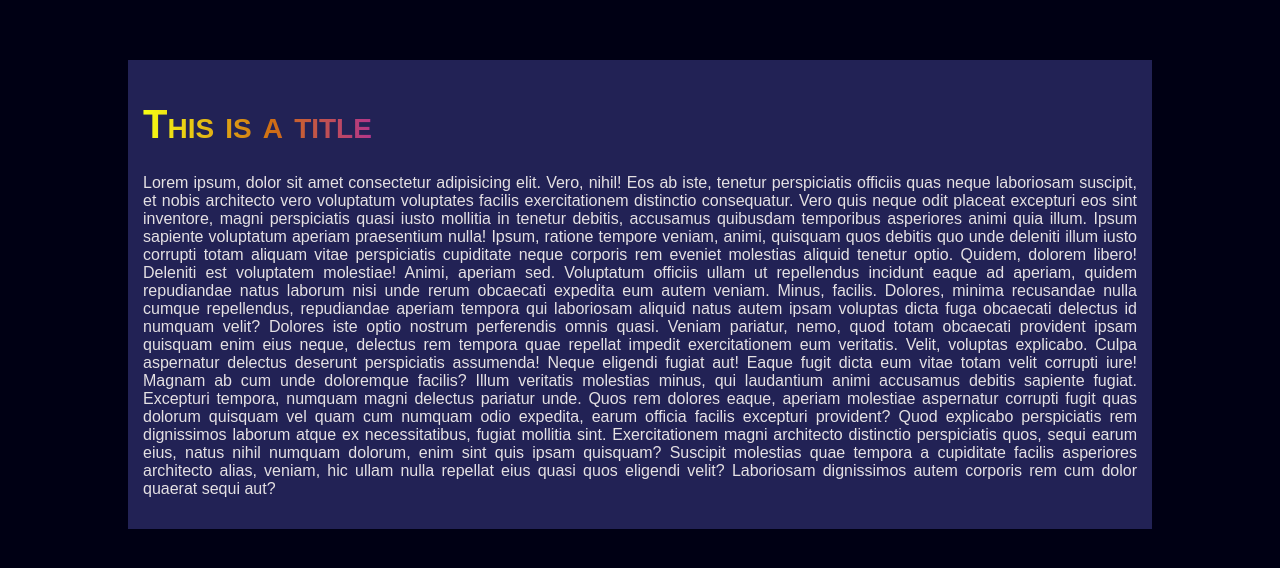
Repository: Francois-QUICODE/CSS-Micro-Projects
Page: Projects/01-Infinite-Gradient-Text.html
The author's editor kept a copy of each file at every save. The page is drawn from the files as they stood at one save, then again after the next save.
The browser window is 1280 px wide. The pictures show the whole page.
Some web fonts or font styles are not loaded; a fallback is used.

Above is the page before, as saved 2020-11-28 11:48:15.

After the next save:
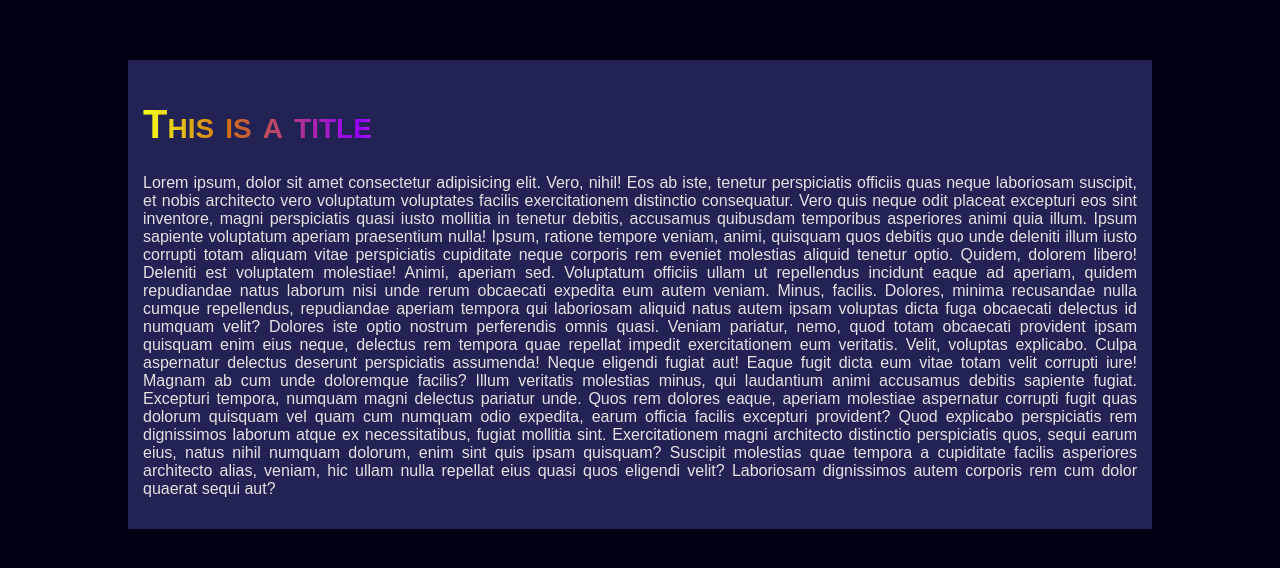
Saved 7 s later.
--- a/Projects/01-Infinite-Gradient-Text.html
+++ b/Projects/01-Infinite-Gradient-Text.html
@@ -80,7 +80,7 @@
         rgba(151, 0, 255, 1) 66%,
         rgba(247, 255, 0, 1) 100%
       );
-      background-size: 50% auto;
+      background-size: 33% auto;
       background-clip: text;
       -webkit-background-clip: text;
       animation: textclip 2s linear infinte;
